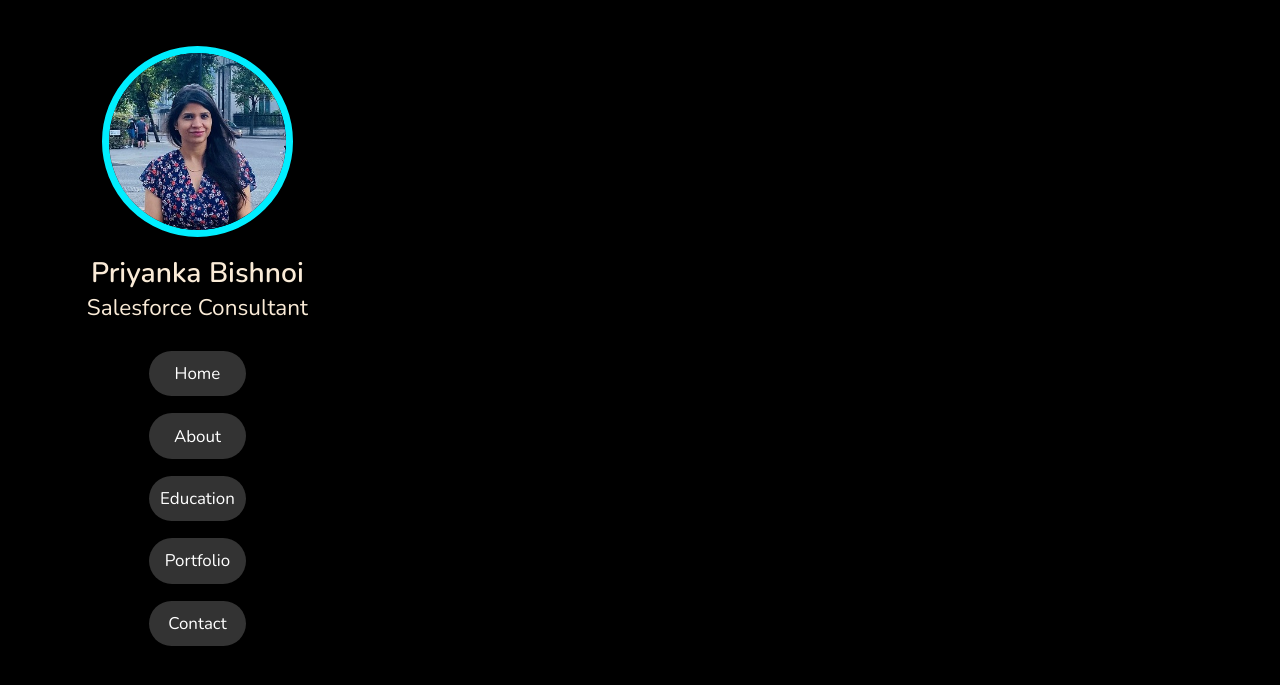
Repository: priyanka-bishnoi/PortfolioPage
Page: MyPage.html
The author's editor kept a copy of each file at every save. The page is drawn from the files as they stood at one save, then again after the next save.
The browser window is 1280 px wide. The pictures show the whole page.

Above is the page before, as saved 2022-10-08 16:39:16.

### MyPage.html
<!DOCTYPE html>
<html>
<head>
    <link rel="stylesheet" href="css/style.css">

</head>
<body>
<header>
    <div class= "user">
        <img src="Background1.jpg"/>
        <h1 class="name" >Priyanka Bishnoi</h1>
        <p class="post" >Salesforce Consultant</p>
    </div>

    <nav class="navBar">
        <ul>
            <li> <a href="#home">Home</a></li>
            <li> <a href="#about">About</a></li>
            <li> <a href="#education">Education</a></li>
            <li> <a href="#portfolio">Portfolio</a></li>
            <li> <a href="#contact">Contact</a></li>

        </ul>


    </nav>


</header>

<!-- Home-->

<section class="home" id="home">

    <h3>HI THERE !</h3>
    <h1>I'M <span>Priyanka Bishnoi</span></h1>
    <p>Lorem ipsum dolor sit amet consectetur adipisicing elit. Distinctio deserunt aspernatur fugiat minus enim ullam repudiandae sint sed magnam tenetur! Lorem ipsum dolor sit amet consectetur adipisicing elit. Necessitatibus, at.
    </p>

</section>


</body>
</html>

### css/style.css
@import url('https://fonts.googleapis.com/css2?family=Nunito:wght@200;300;400;600&display=swap');
:root{
    --orange:rgb(0, 238, 255);
}
*{
    font-family: 'Nunito', sans-serif;
    margin:0;
    padding:0;
    box-sizing:border-box;
    text-decoration:none;
    text-transform:capitalize;
    transition:all .2s linear;
}
html {
    font-size:70.5%;
    overflow-x:hidden;
}
body {
    background:black;
    overflow-x: hidden;
    height:600px;
}
header {
    position:fixed;
    top:0; left:0;
    z-index:1000;
    height:100%;
    width:35rem;
    background:black;
    display:flex;
    align-items: center;
    justify-content: center;
    flex-flow: column;
    text-align: center;
}

header .user img {
    height: 17rem;
    width: 17rem;
    border-radius: 50%;
    object-fit: cover;
    margin-bottom: 1rem;
    border: 0.7rem solid var(--orange);
}
header .user .name {
    font-size: 2.5rem;
    color: antiquewhite;
}
header .user .post{
    font-size: 2rem;
    color: antiquewhite;
}

header .navBar {
    font-size : 2rem;
}
header .navBar ul{
    list-style: none;
    padding:1rem 2rem;
}
header .navBar ul li a{
    display: block;
    padding:1rem;
    margin:1.5rem 0;
    background:#333;
    color:#fff;
    font-size: 1.5rem;
    border-radius: 5rem;
}

header .navBar ul li a:hover{
    background:rgb(0, 238, 255);
}

.home {
    display:block;
}

After the next save:
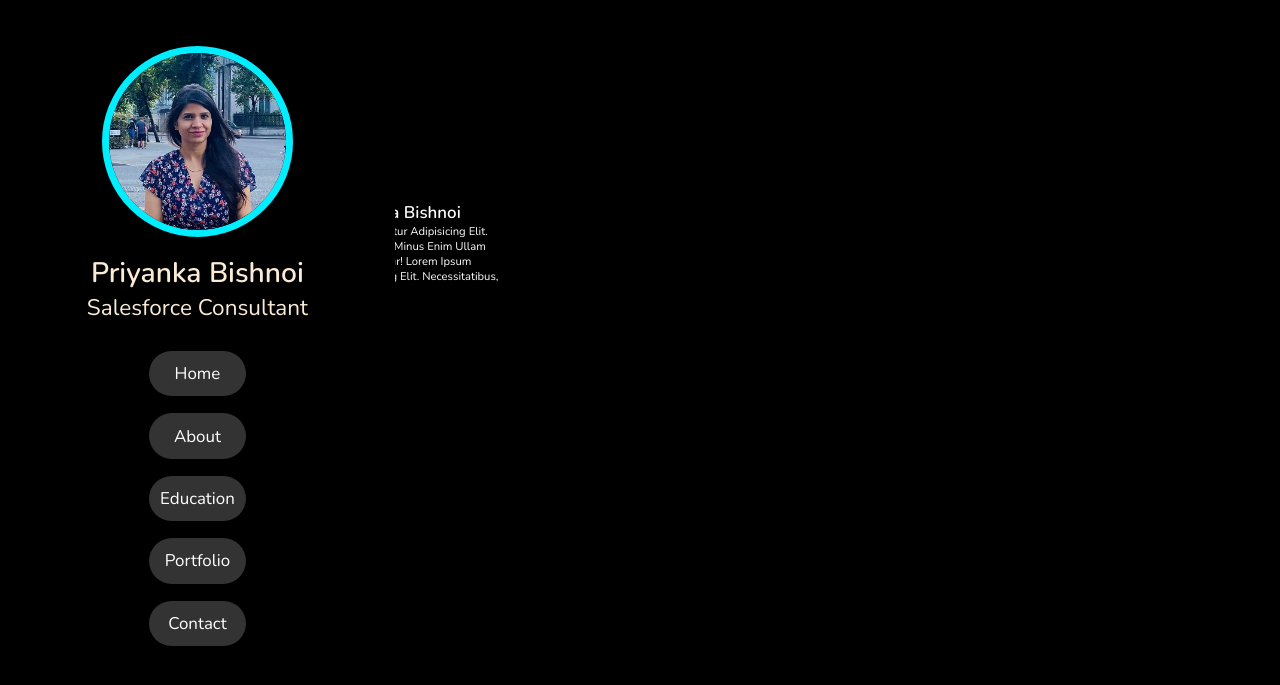
Saved 5 min 41 s later.
--- a/css/style.css
+++ b/css/style.css
@@ -72,6 +72,17 @@ header .navBar ul li a:hover{
     background:rgb(0, 238, 255);
 }
 
+
 .home {
-    display:block;
+    padding-left: 35rem;
+    width: 594.8px;
+    display: block;
+    height: 500px;
+    width: 500px;
+    padding-left: 200px;
+    color: white;
+    justify-content: center;
+    display: flex;
+    flex-wrap: wrap;
+    align-content: center;
 }
